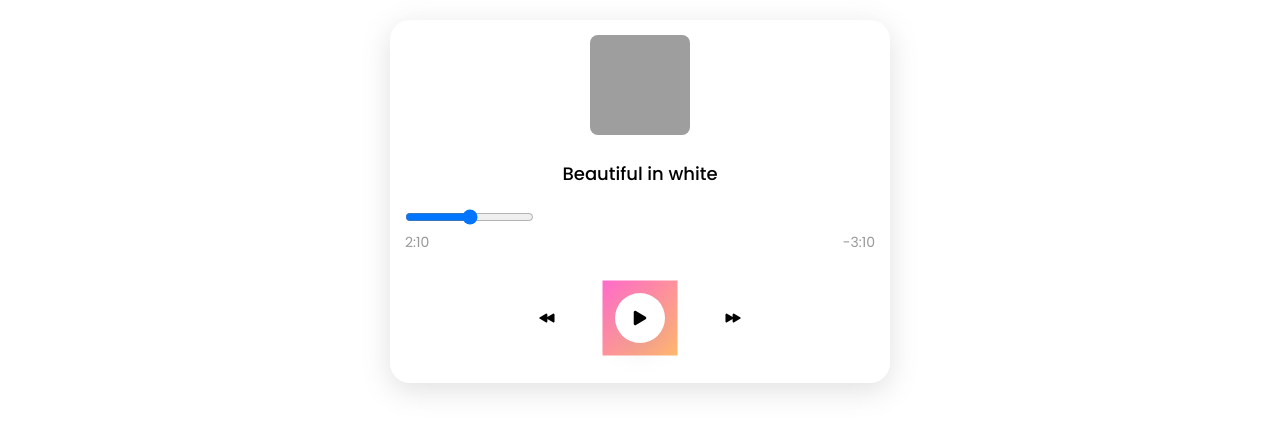
Repository: quyenpv10/mp3__music
Page: index.html
An editor plug-in stored every save of this project. The page is shown before and after the next save, followed by the edit.
The browser window is 1280 px wide. The pictures show the whole page.
Pictures or frames that could not be fetched are drawn as grey boxes.

Above is the page before, as saved 2021-12-10 20:19:00.

### index.html
<!DOCTYPE html>
<html lang="en">

<head>
    <meta charset="UTF-8">
    <meta http-equiv="X-UA-Compatible" content="IE=edge">
    <meta name="viewport" content="width=device-width, initial-scale=1.0">
    <title>Mp3 Player</title>
    <link rel="preconnect" href="https://fonts.googleapis.com">
    <link rel="preconnect" href="https://fonts.gstatic.com" crossorigin>
    <link href="https://fonts.googleapis.com/css2?family=Mulish:wght@300;400;500;700&family=Poppins:wght@300;400;500;600;700&display=swap" rel="stylesheet">
    <link rel="stylesheet" href="./app.css">
    <script type="module" src="https://unpkg.com/ionicons@5.5.2/dist/ionicons/ionicons.esm.js"></script>
    <script nomodule src="https://unpkg.com/ionicons@5.5.2/dist/ionicons/ionicons.js"></script>
</head>

<body>
    <div class="music">
        <div class="music-thumb">
            <img src="./images/8L0A0168.jpg" alt="">
        </div>
        <h3 class="music-name">Beautiful in white</h3>
        <input type="range" name="song" id="song">
        <div class="timer">
            <div class="duration">2:10</div>
            <div class="remaining">-3:10</div>
        </div>
        <div class="controls">
            <ion-icon name="play-back" class="play-back"></ion-icon>
            <div class="play">
                <div class="play-inner">
                    <ion-icon name="play"></ion-icon>
                </div>
            </div>
            <ion-icon name="play-forward" class="play-forward"></ion-icon>

        </div>
    </div>

</body>

</html>

### app.css
html {
    box-sizing: border-box;
}

* {
    margin: 0;
    padding: 0;
}

*,
*:before,
*:after {
    box-sizing: border-box;
}

input,
textarea,
select,
button {
    outline: none;
}

input {
    line-height: normal;
}

label,
button {
    cursor: pointer;
}

a {
    text-decoration: none;
}

img {
    display: block;
    max-width: 100%;
}

body {
    font-family: 'Poppins', sans-serif;
    padding: 20px;
}

.music {
    max-width: 500px;
    margin: 0 auto;
    border-radius: 20px;
    background-color: white;
    box-shadow: rgba(100, 100, 111, 0.2) 0px 7px 29px 0px;
    padding: 15px 15px 40px;
}

.music-thumb {
    width: 100px;
    height: 100px;
    margin: 0 auto 25px;
}

.music-thumb img {
    width: 100%;
    height: 100%;
    object-fit: cover;
    border-radius: 8px;
}

.music-name {
    font-size: 18px;
    font-weight: 500;
    text-align: center;
    margin-bottom: 20px;
}

.timer {
    display: flex;
    justify-content: space-between;
    align-items: center;
    font-size: 14px;
    color: #999;
    margin-bottom: 40px;
}

.controls {
    display: flex;
    justify-content: center;
    align-items: center;
    gap: 0 60px;
}

.play {
    position: relative;
}

.play::before {
    content: "";
    position: absolute;
    inset: 0;
    background-image: linear-gradient(to right bottom, #ff6bcb, #ffb86c);
    transform: scale(1.5);
}

.play-inner {
    width: 50px;
    height: 50px;
    border-radius: 100rem;
    background-color: white;
    display: flex;
    justify-content: center;
    align-items: center;
    cursor: pointer;
    box-shadow: rgba(149, 157, 165, 0.2) 0px 8px 24px;
    font-size: 20px;
    position: relative;
}

.play-back,
.play-forward {
    cursor: pointer;
}

After the next save:
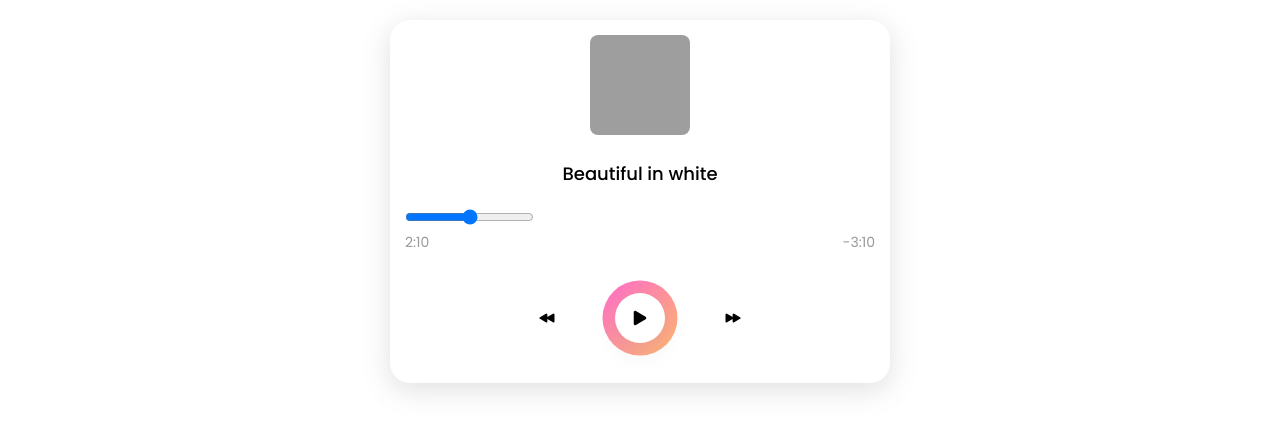
Saved 4 s later.
--- a/app.css
+++ b/app.css
@@ -98,6 +98,7 @@ body {
     inset: 0;
     background-image: linear-gradient(to right bottom, #ff6bcb, #ffb86c);
     transform: scale(1.5);
+    border-radius: 100rem;
 }
 
 .play-inner {
